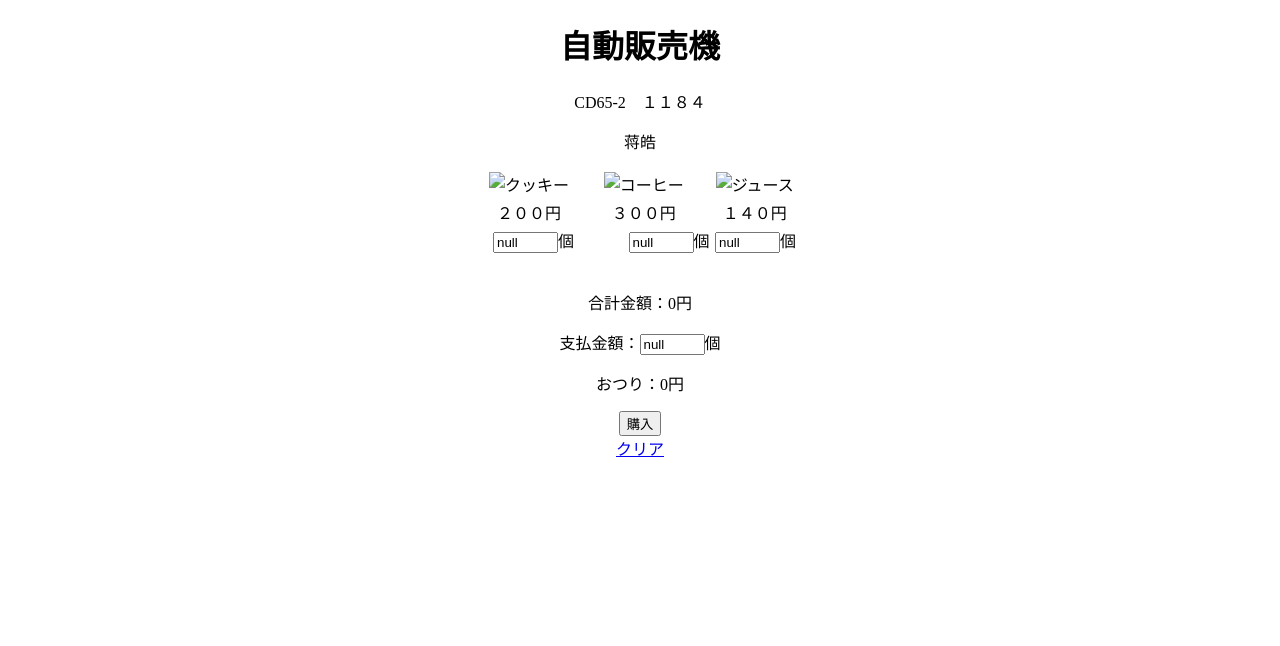
Repository: jh0612/2021_Azure_study
Page: http://localhost/Myproj2/ClearServlet
An editor plug-in stored every save of this project. The page is shown before and after the next save, followed by the edit.
The browser window is 1280 px wide. The pictures show the whole page.
The page is served by Tomcat 9.

Above is the page before, as saved 2021-12-08 06:44:46.

After the next save:
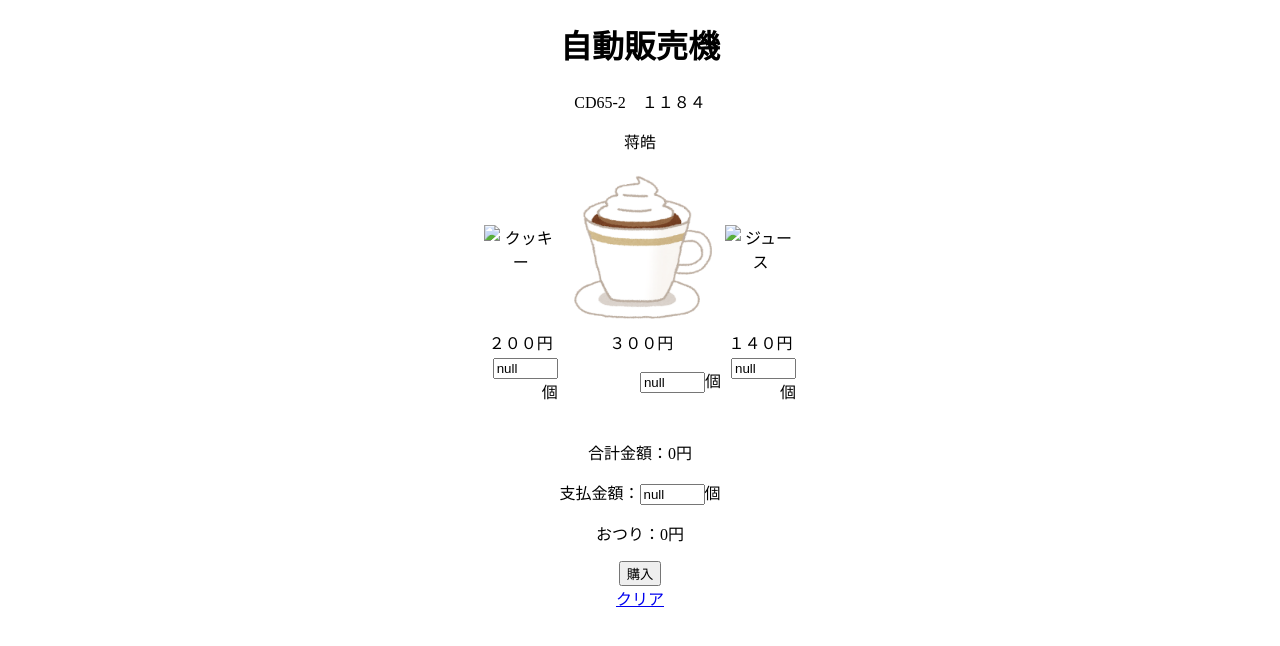
Saved 72 s later.
--- a/Demoforme/Myproj2/src/main/webapp/jihanki.jsp
+++ b/Demoforme/Myproj2/src/main/webapp/jihanki.jsp
@@ -35,7 +35,7 @@
               src="file:///home/jh/java/Demoforme/Myproj2/src/main/webapp/img/sweets_cookie.png" alt="クッキー"
               title="クッキー" style="width: 150px; height: 150px;"><br>
           </td>
-          <td style="width: 205.933px; text-align: center;"><img src="file:///home/jh/java/Demoforme/Myproj2/src/main/webapp/img/coffee_weinercoffee.png"
+          <td style="width: 205.933px; text-align: center;"><img src="/img/coffee_weinercoffee.png"
               alt="コーヒー" title="コーヒー" style="width: 150px; height: 150px;"><br>
           </td>
           <td style="width: 102px; text-align: center;"><img src="file:///home/jh/java/Demoforme/Myproj2/src/main/webapp/img/can_juice.png"
